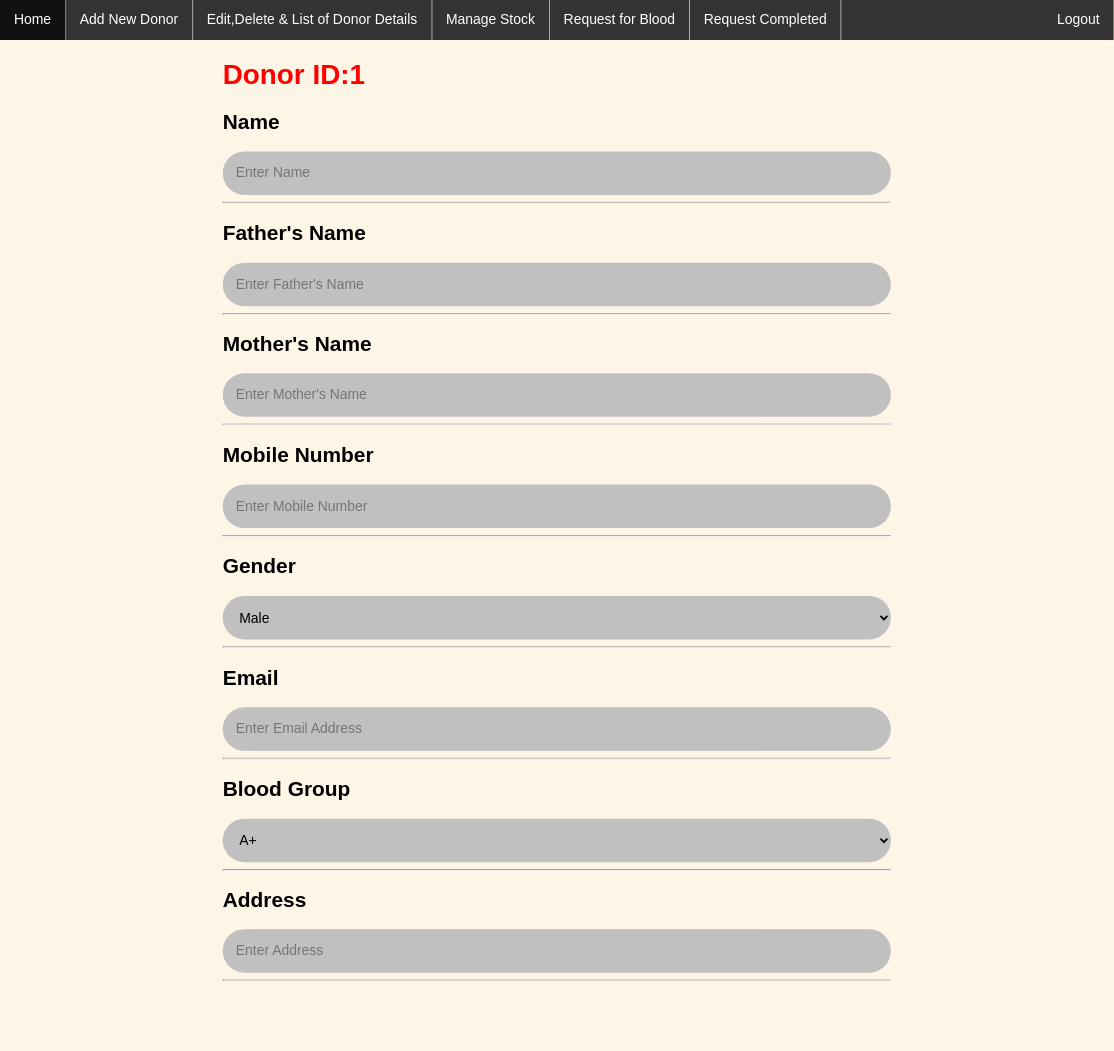
Repository: Tejas-2408/Blood-Bank-Management
Page: http://localhost/Blood_Bank_Management_System/addNewDonor.jsp
These files come from the project's save history. The page is drawn as it stood at one moment and after the next save; the edit follows.
The browser window is 1280 px wide. The pictures show the whole page, at 87% of full size.
The page is served by Tomcat 9. Queries for data that is not in the repository find no rows.

Above is the page before, as saved 2022-06-03 14:09:38.

After the next save:
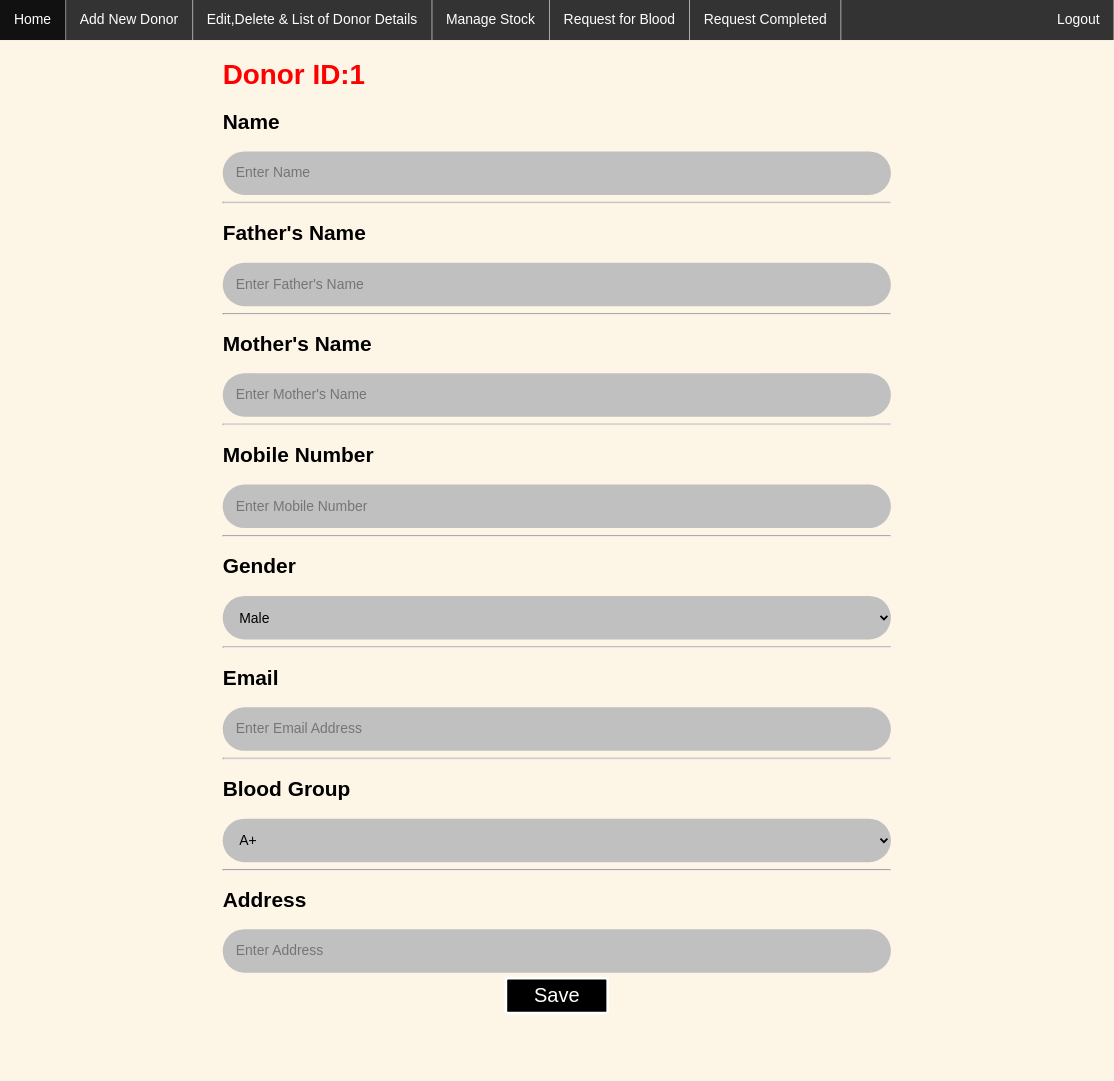
Saved 47 s later.
--- a/Blood Bank Management System/src/main/webapp/addNewDonor.jsp
+++ b/Blood Bank Management System/src/main/webapp/addNewDonor.jsp
@@ -84,7 +84,8 @@ catch(Exception e){
 <hr>
 <h2>Address</h2>
 <input type="text" placeholder="Enter Address" name="address">
-<hr>
+<br>
+<center><button type="submit" class="button">Save</button></center>
 </form>
 
 </div>
